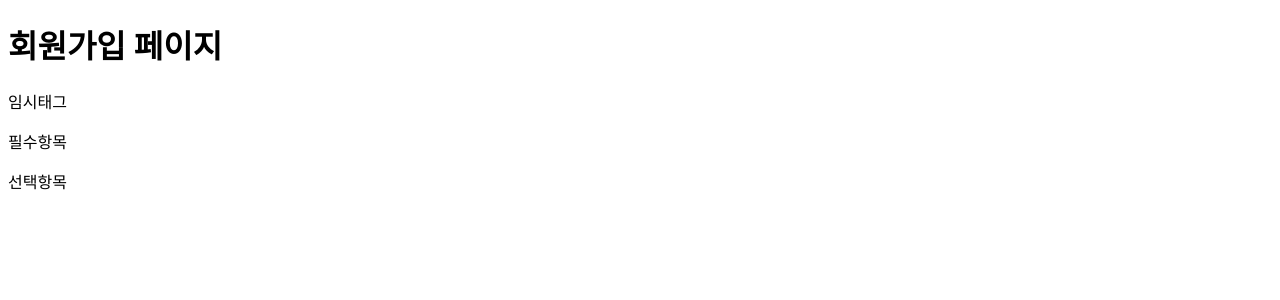
Repository: KimHeonSeung/TJE_HTML
Page: sources/day_03/WebContent/style_06.html
These files come from the project's save history. The page is drawn as it stood at one moment and after the next save; the edit follows.
The browser window is 1280 px wide. The pictures show the whole page.

Above is the page before, as saved 2019-05-15 08:37:12.

After the next save:
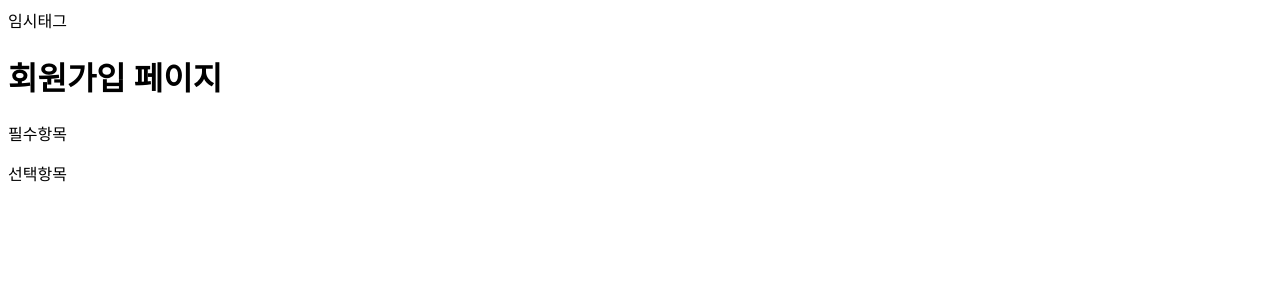
Saved 98 s later.
--- a/sources/day_03/WebContent/style_06.html
+++ b/sources/day_03/WebContent/style_06.html
@@ -11,9 +11,9 @@
 </head>
 <body>
 
-<h1>회원가입 페이지</h1>
 
 <span>임시태그</span>
+<h1>회원가입 페이지</h1>
 
 <div>
 <p>필수항목</p>
